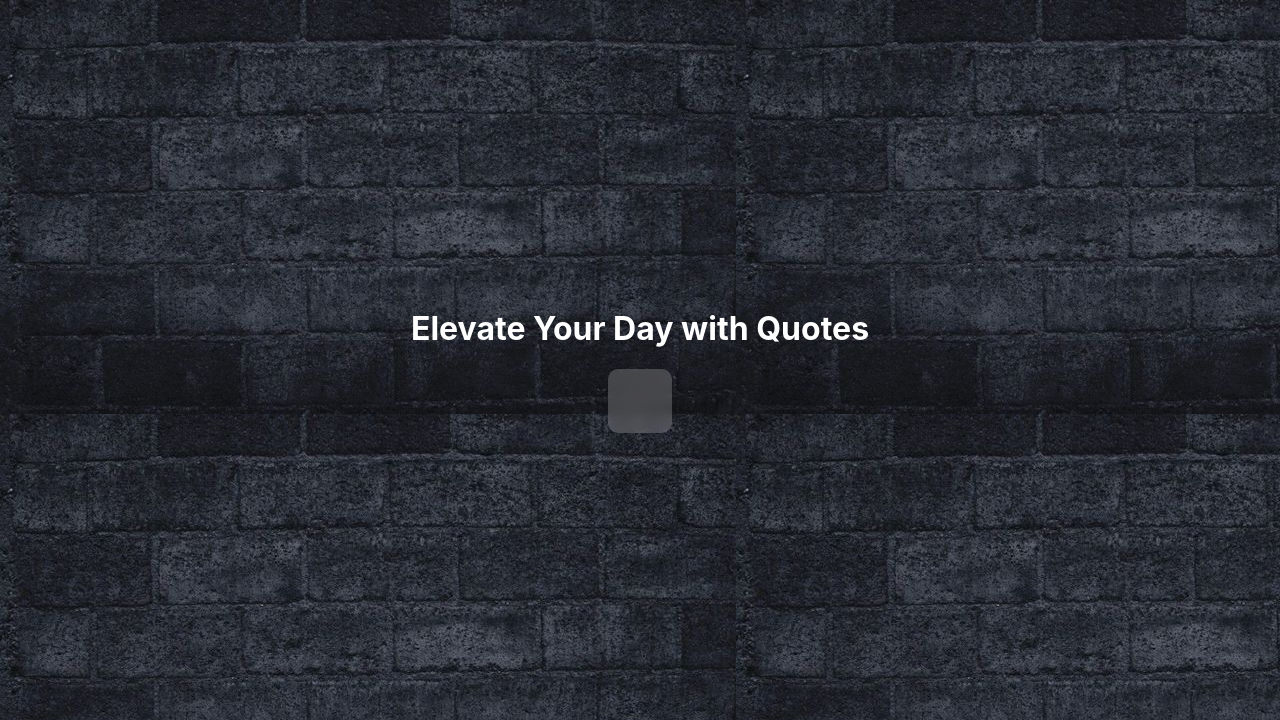
Repository: Bhavik-Sanghar/Quote-app
Page: /
These files come from the project's save history. The page is drawn as it stood at one moment and after a run of saves; the edit follows.
The browser window is 1280 px wide. The pictures show the whole page.
The page's requests for data from a server got no answer. The project was rebuilt for these pictures with package versions that can differ from the ones it lists, and the page was loaded fresh each time. No one was signed in, and anything a server would have sent is missing. Also part of the build but not shown: src/styles.css.

Above is the page before, as saved 2023-08-18 14:57:38.

### src/App.js
import React from 'react';
import './styles.css';
import QuoteComponent from './components/NewQuote'

function App() {
  return (
    <div className="App">

      <QuoteComponent/>


    </div>
  );
}

export default App;

### src/components/NewQuote.js
import React, { useEffect, useState } from "react";
import axios from "axios";
import './New.css'

const QuoteComponent = () => {
  const [quotes, setQuotes] = useState([]);
  const category = "inspirational";
  const apiKey = "EgtS4gqLsbjvHM2bBjKwBA==PYmsGLFQFXQzq0Na";

  useEffect(() => {
    fetchQuotes();
  }, []);

  const fetchQuotes = async () => {
    try {
      const response = await axios.get(
        `https://api.api-ninjas.com/v1/quotes?category=${category}&limit=`, // Fetching 5 quotes
        {
          headers: { "X-Api-Key": apiKey },
        }
      );
      console.log(response)
      setQuotes(response.data);
    } catch (error) {
      console.error("Error: ", error);
    }
  };

  return (
    <div className="quote-container">
      <h1>Elevate Your Day with Quotes</h1>
      <div className="card-container">
        {quotes.map((quote, index) => (
          <div key={index} className="card">
            <p className="quote-text">{quote.quote}</p>
            <p className="author">- {quote.author}</p>
          </div>
        ))}
      </div>
    </div>
  );
};

export default QuoteComponent;

### src/components/New.css
.quote-container{
  padding: auto;
  display: flex;
  flex-direction: column;
  justify-content: center;
  align-items: center;
  min-height: 100vh;
  background-color : black;
  background-image: url(./bg.jpg);
  color : white;
}

.card-container{
  backdrop-filter: blur(5px);
    background-color: hsla(0,0%,100%,.2);
    border-radius: 10px;
    padding: 2rem;
}

Loaded but not shown: public/index.html (common file); src/index.js (common file); src/index.css (common file); src/reportWebVitals.js (common file)

After the next 2 saves:
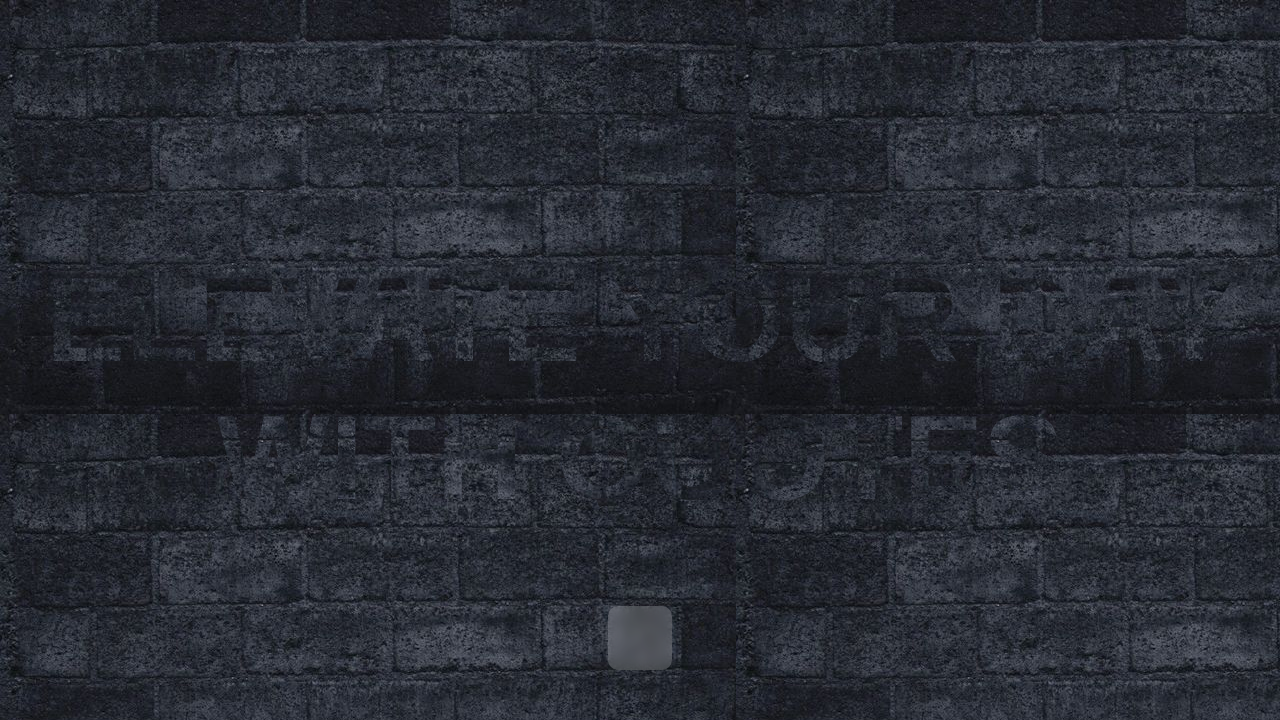
The 2 saves are shown as one change because 1 did not build or start.
The last was saved 2 min 27 s later.
--- a/src/components/New.css
+++ b/src/components/New.css
@@ -10,6 +10,24 @@
   color : white;
 }
 
+.quote-container h1
+  {
+    background-image: url(./bg.jpg);
+    background-repeat: repeat;
+    -webkit-background-clip: text;
+    -webkit-text-fill-color: transparent;
+    margin-top: 200px;
+    font-size: 120px;
+    text-align: center;
+    font-weight: bold;
+    text-transform: uppercase;
+    font-family: 'Steelfish Rg', 'helvetica neue',
+             helvetica, arial, sans-serif;
+    font-weight: 800;
+    -webkit-font-smoothing: antialiased;
+}
+
+
 .card-container{
   backdrop-filter: blur(5px);
     background-color: hsla(0,0%,100%,.2);
